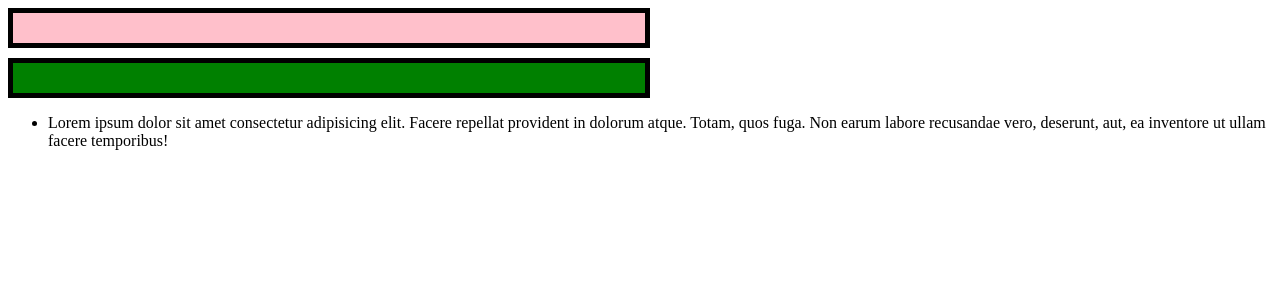
Repository: kerudai/julTest
Page: test.html
These files come from the project's save history. The page is drawn as it stood at one moment and after the next save; the edit follows.
The browser window is 1280 px wide. The pictures show the whole page.

Above is the page before, as saved 2020-07-28 16:18:39.

After the next save:
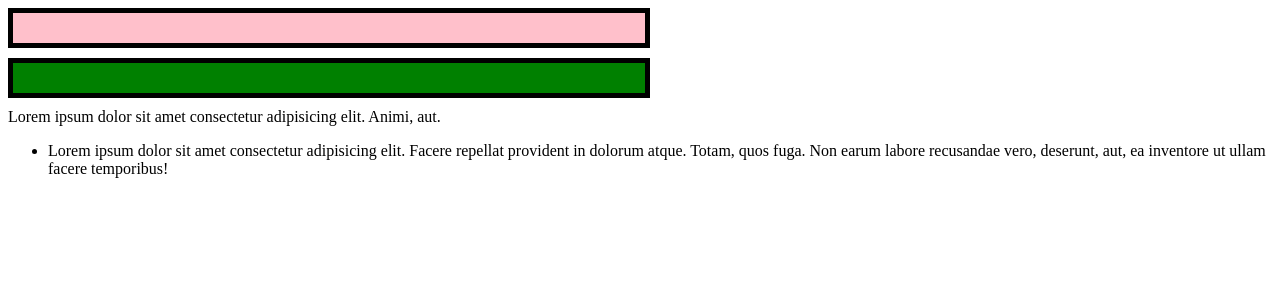
Saved 10 min 56 s later.
--- a/test.html
+++ b/test.html
@@ -32,7 +32,7 @@
     <div class="box green">
 
     </div>
-    <div class="rem"></div>
+    <div class="rem">Lorem ipsum dolor sit amet consectetur adipisicing elit. Animi, aut.</div>
     <div id="rem"></div>
     <div class="yellow"></div>
     <ul>
